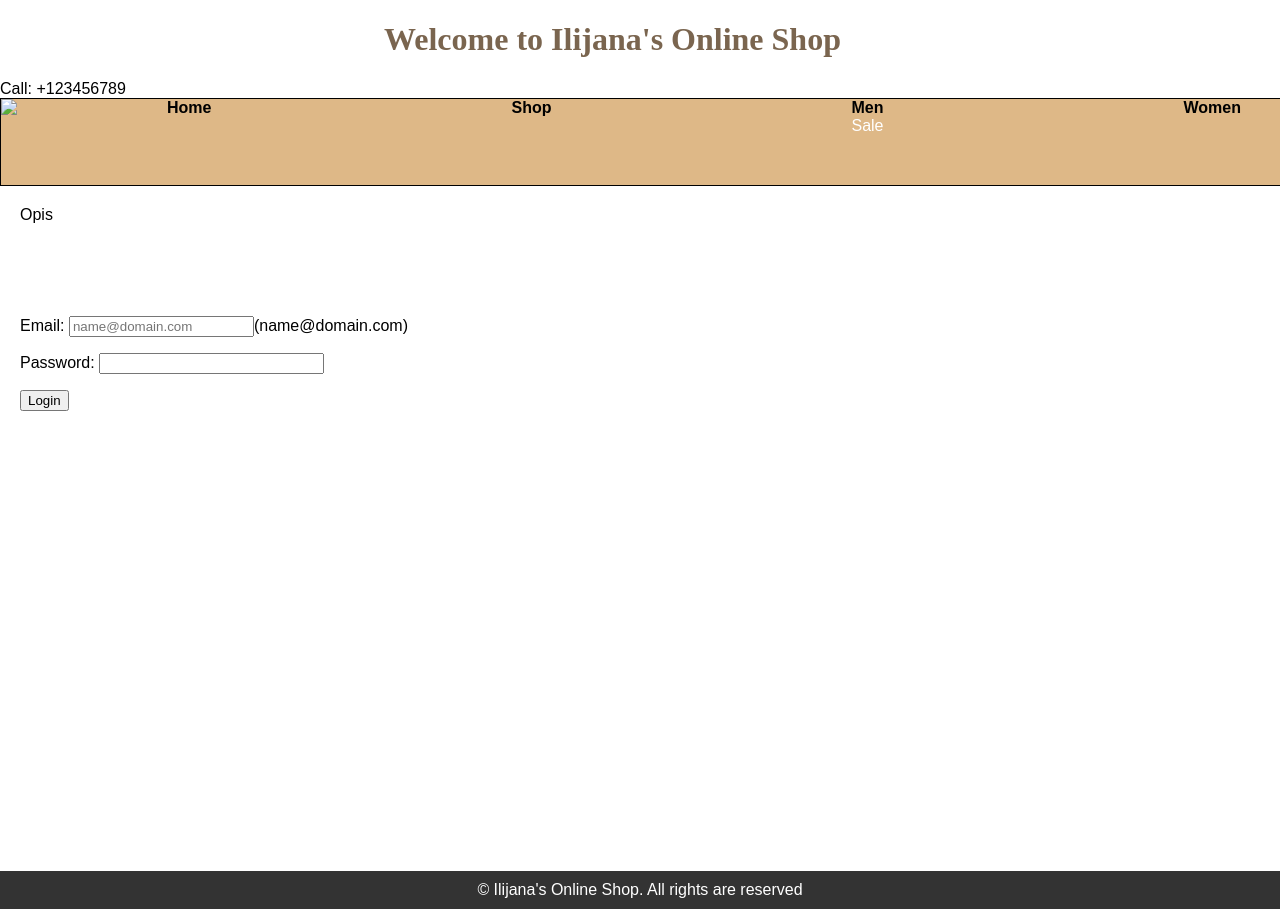
Repository: ilijana123/Proekt1
Page: html.html
These files come from the project's save history. The page is drawn as it stood at one moment and after the next save; the edit follows.
The browser window is 1280 px wide. The pictures show the whole page.

Above is the page before, as saved 2023-11-13 00:33:24.
Not found: images/logo.png

After the next save:
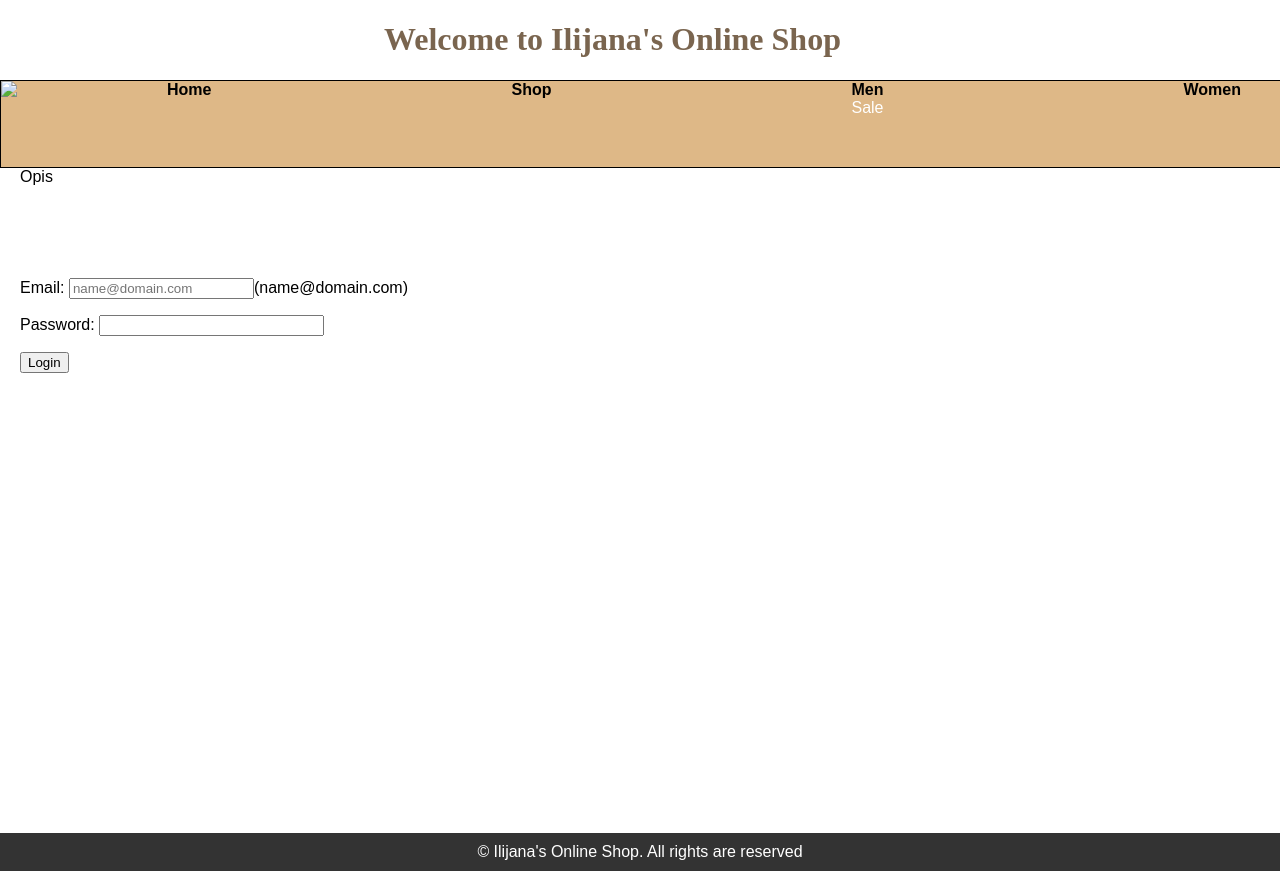
Saved 6 min 13 s later.
--- a/html.html
+++ b/html.html
@@ -1,69 +1,61 @@
 <!DOCTYPE html>
 <html>
     <head>
+
     <meta charset="utf-8">
     <title>Online shop</title>
     <link rel="stylesheet" type="text/css" href="1.css">
     <script src="script.js"></script>
+
     </head>
+
     <body>
     <header>
        <h1>Welcome to Ilijana's Online Shop</h1>
     </header>
 
-   <nav>
-    <!--social-links-and-phone-number----------------->
-<div class="social-call">
- <!--social-links--->
- <div class="social">
-     <a href="#"><i class="fab fa-facebook-f"></i></a>
-     <a href="#"><i class="fab fa-twitter"></i></a>
-     <a href="#"><i class="fab fa-youtube"></i></a>
-     <a href="#"><i class="fab fa-instagram"></i></a>
- </div>
- <!--phone-number------>
- <div class="phone">
-     <span>Call: +123456789</span>
- </div>
-</div>
-<!--menu-bar----------------------------------------->
-<div class="navigation">
- <!--logo------------>
- <a href="#" class="logo"><img src="images/logo.png"></a>
- <!--menu-icon------------->
- <div class="toggle"></div>
- <!--menu----------------->
- <ul class="menu">
-     <li><a href="#">Home</a></li>
-     <li  class="shop"><a href="#" >Shop</a></li>
-     <li><a href="#">Men</a>
-         <!--lable---->
-         <span class="sale-lable">Sale</span>
-     </li>
-     <li><a href="#">Women</a></li>
-     <li><a href="#">Kids</a></li>
- </ul>
- <!--right-menu----------->
- <div class="right-menu">
-     <a href="javascript:void(0);" class="search">
-         <i class="fas fa-search"></i>
-     </a>
-     <a href="javascript:void(0);" class="user">
-         <i class="far fa-user"></i>
-     </a>
-     <a href="#">
-         <i class="fas fa-shopping-cart">
-             <span class="num-cart-product">0</span>
-         </i>
-     </a>
- </div>
- </div>
-</nav>
+    <nav>
+        <div class="social-call">
+        <div class="social">
+            <a href="#"><i class="fab fa-facebook-f"></i></a>
+            <a href="#"><i class="fab fa-twitter"></i></a>
+            <a href="#"><i class="fab fa-youtube"></i></a>
+            <a href="#"><i class="fab fa-instagram"></i></a>
+        </div>
+        </div>
+        <div class="navigation">
+            <a href="#" class="logo"><img src="images/logo.png"></a>
+            <div class="toggle"></div>
+            <ul class="menu">
+            <li><a href="#">Home</a></li>
+            <li  class="shop"><a href="#" >Shop</a></li>
+            <li><a href="#">Men</a>
+                <span class="sale-lable">Sale</span>
+            </li>
+            <li><a href="#">Women</a></li>
+            <li><a href="#">Kids</a></li>
+            </ul>
+            <div class="right-menu">
+            <a href="javascript:void(0);" class="search">
+                <i class="fas fa-search"></i>
+            </a>
+            <a href="javascript:void(0);" class="user">
+                <i class="far fa-user"></i>
+            </a>
+            <a href="#">
+                <i class="fas fa-shopping-cart">
+                    <span class="num-cart-product">0</span>
+                </i>
+            </a>
+            </div>
+        </div>
+    </nav>
 
        <section id="home">
             <h2>Home</h2>
             <p>Opis</p>
         </section>
+
         <section id="contact">
             <form method="post" autocomplete="on">
                 <p><label>Email:
@@ -77,11 +69,11 @@
                 <button onclick="btnClicked()">Login</button>
             </form>
        </section>
+
        <section id="category1"></section>
        <section id="category2"></section>
        <section id="category3"></section>
-       <section id="instagram">
-      </section>
+       <section id="instagram"></section>
       <section id="survey">
       </section>
       <section id="questionnaire">
@@ -89,5 +81,6 @@
       <section id="contact">
       </section>
        <footer> &copy; Ilijana's Online Shop. All rights are reserved</footer>
+
     </body>
 </html>
